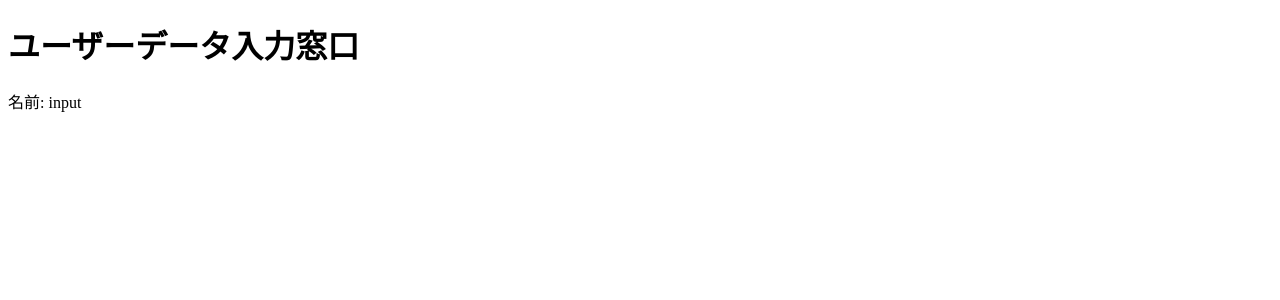
Repository: isopets/next-market
Page: form2.html
The author's editor kept a copy of each file at every save. The page is drawn from the files as they stood at one save, then again after a run of saves.
The browser window is 1280 px wide. The pictures show the whole page.

Above is the page before, as saved 2022-06-08 00:50:09.

After the next 2 saves:
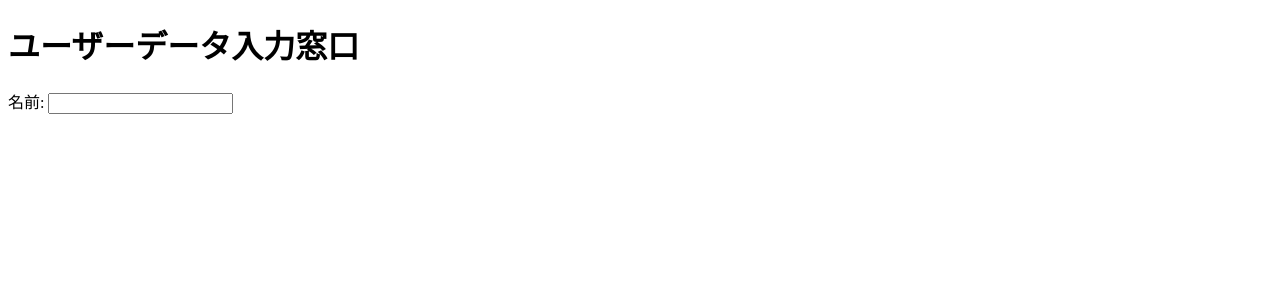
The 2 saves are shown as one change because they came seconds apart.
The last was saved 5 s later.
--- a/form2.html
+++ b/form2.html
@@ -11,7 +11,7 @@
 <body>
     <h1>ユーザーデータ入力窓口</h1>
     <form action="http://localhost:3000/api/user/register" method="POST">
-        名前: input
+        名前: <input type="text" name="" id="">
     </form>
 </body>
 
